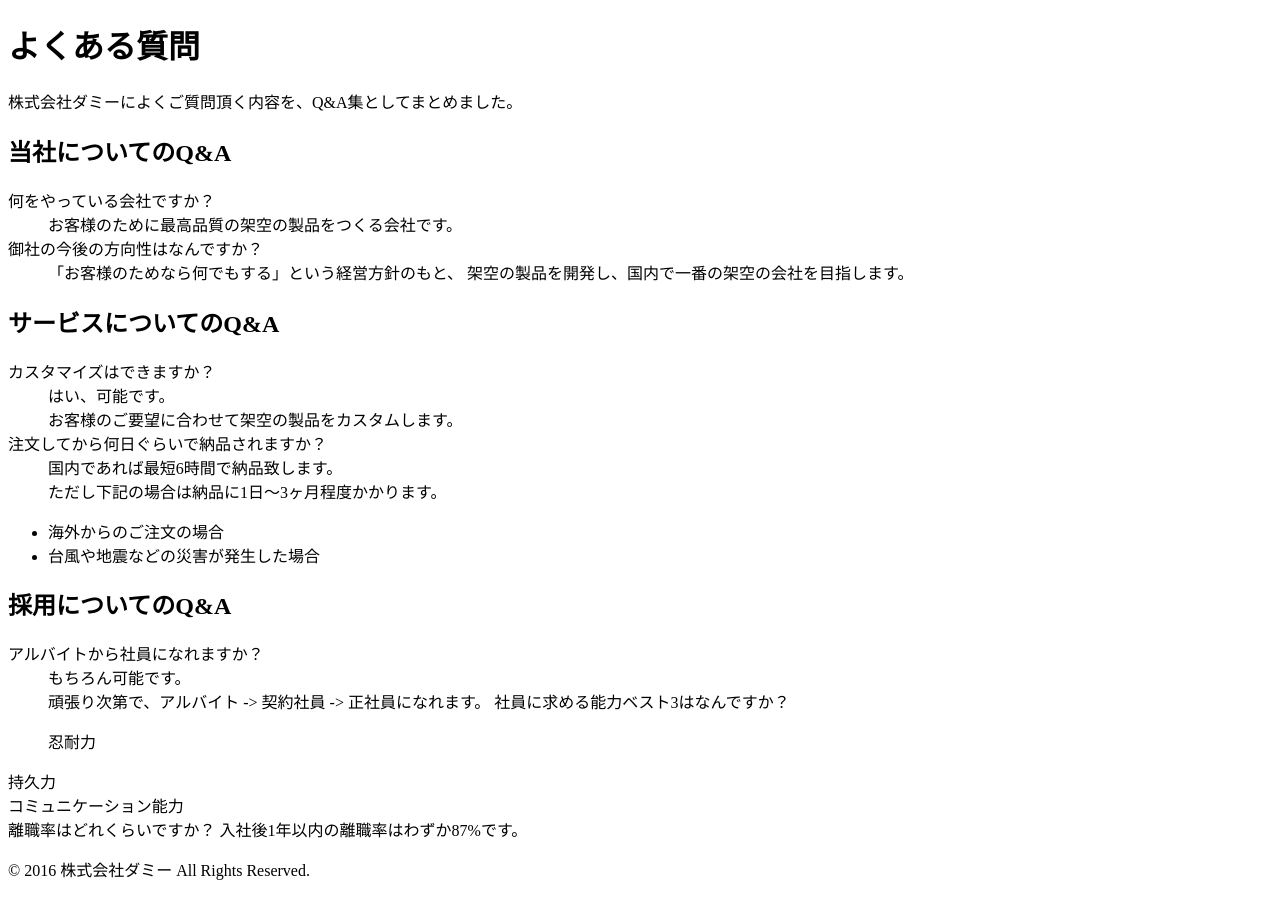
Repository: winc1980/practice-hp2022-wednesday
Page: ruka/practice1.html
These files come from the project's save history. The page is drawn as it stood at one moment and after the next save; the edit follows.
The browser window is 1280 px wide. The pictures show the whole page.

Above is the page before, as saved 2022-05-26 00:35:49.

### ruka/practice1.html
<!DOCTYPE html>
<html lang="ja">
<head>
    <meta charset="UTF-8">
    <meta http-equiv="X-UA-Compatible" content="IE=edge">
    <meta name="viewport" content="width=device-width, initial-scale=1.0">
    <title>よくある質問 | 架空の株式会社ダミー</title>
</head>
<body>
    <h1>よくある質問</h1>

<p>
株式会社ダミーによくご質問頂く内容を、Q&A集としてまとめました。
</p>

<h2>当社についてのQ&A</h2>


何をやっている会社ですか？
<dd>
お客様のために最高品質の架空の製品をつくる会社です。
</dd>

御社の今後の方向性はなんですか？
<dd>
「<span>お客様のためなら何でもする</span>」という経営方針のもと、
架空の製品を開発し、<span>国内で一番の架空の会社を目指します。</span>
</dd>


<h2>サービスについてのQ&A</h2>

カスタマイズはできますか？
<dd>
はい、可能です。<br>
お客様のご要望に合わせて架空の製品をカスタムします。
</dd>

注文してから何日ぐらいで納品されますか？
<dd>
国内であれば最短6時間で納品致します。<br>
ただし下記の場合は納品に1日〜3ヶ月程度かかります。
</dd>
<ul>
<li>
海外からのご注文の場合
</li>
<li>
台風や地震などの災害が発生した場合
</li>
</ul>
<h2>採用についてのQ&A</h2>

アルバイトから社員になれますか？
<dd>
もちろん可能です。<br>
頑張り次第で、アルバイト -> 契約社員 -> 正社員になれます。

社員に求める能力ベスト3はなんですか？
<dd>
<dl>忍耐力</dl>
<dt>持久力</dt>
<dt>コミュニケーション能力</dt>
</dd>



離職率はどれくらいですか？
入社後1年以内の離職率は<span >わずか</span>87%です。
<p>
© 2016 株式会社ダミー All Rights Reserved.
</p>
</body>
</html>

After the next save:
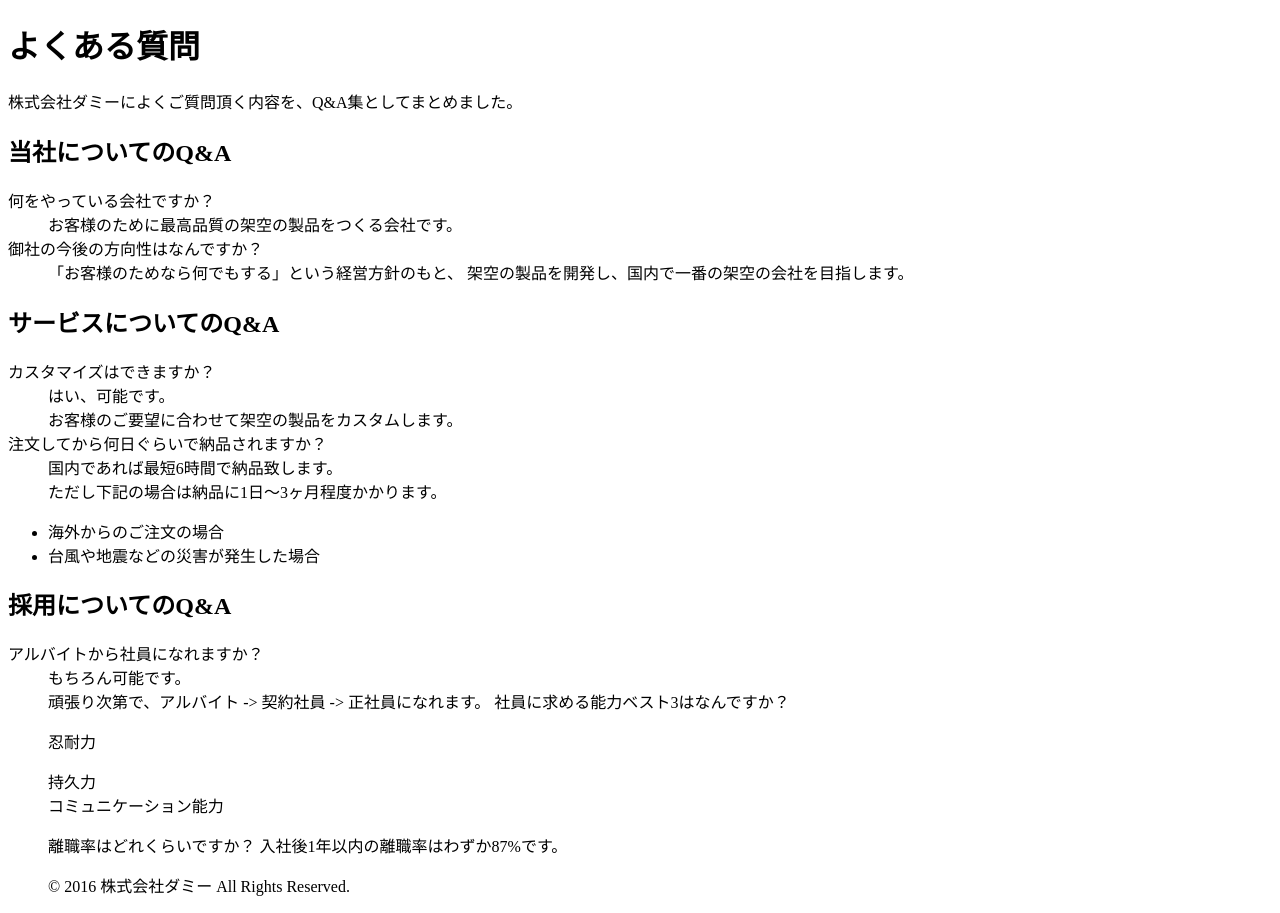
Saved 13 s later.
--- a/ruka/practice1.html
+++ b/ruka/practice1.html
@@ -57,11 +57,11 @@
 頑張り次第で、アルバイト -> 契約社員 -> 正社員になれます。
 
 社員に求める能力ベスト3はなんですか？
-<dd>
+<dl>
 <dl>忍耐力</dl>
 <dt>持久力</dt>
 <dt>コミュニケーション能力</dt>
-</dd>
+</dl>
 
 
 
